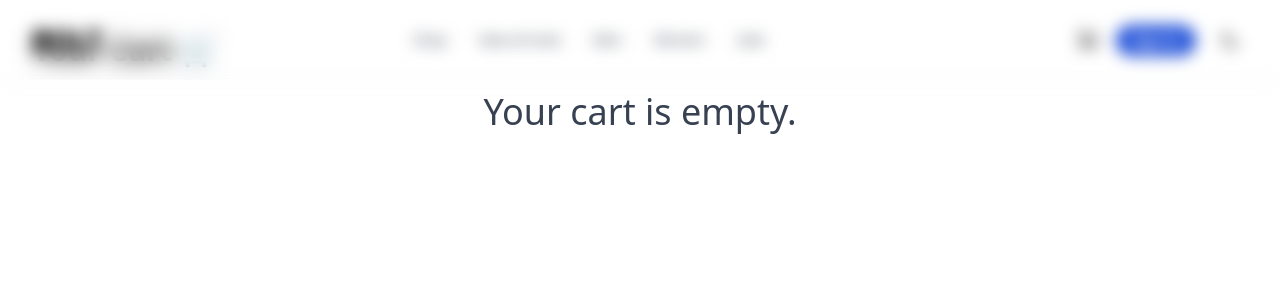
Repository: coder101-js/Ecommer-Store
Page: /Cart
An editor plug-in stored every save of this project. The page is shown before and after the next save, followed by the edit.
The browser window is 1280 px wide. The pictures show the whole page.
The project was rebuilt for these pictures with package versions that can differ from the ones it lists, and the page was loaded fresh each time. The framework's server and built-in components were replaced by stand-ins that run in the browser. Also part of the build but not shown: next.config.mjs.

Above is the page before, as saved 2025-07-19 20:24:59.

### app/layout.js
import "./globals.css";
import "./tailwind-out.css";
import { ThemeProvider } from "next-themes";
import { Geist, Geist_Mono } from "next/font/google";
import Navbar from "./components/Navbar";
import { CartProvider } from "./context/CartContext";
import { Toaster } from "react-hot-toast";

const geistSans = Geist({
  subsets: ["latin"],
  variable: "--font-geist-sans",
});

const geistMono = Geist_Mono({
  subsets: ["latin"],
  variable: "--font-geist-mono",
});

export const metadata = {
  title: "BoltForm",
  description: "Next-gen footwear built for speed ⚡",
  icons: {
    icon: ["/favicon.ico"],
    apple: "/apple-touch-icon.png",
  },
};

export default function RootLayout({ children }) {
  return (
    <html lang="en" suppressHydrationWarning>
      <body className={`${geistSans.variable} ${geistMono.variable}`}>
        <ThemeProvider attribute="class" defaultTheme="system" enableSystem>
          <CartProvider>
            <header className="max-h-screen overflow-hidden">
              <nav>
                <Navbar />
              </nav>
            </header>
            <main>
              <Toaster position="top-right" />
              {children}
            </main>
          </CartProvider>
        </ThemeProvider>
      </body>
    </html>
  );
}

### app/Cart/page.js
"use client";
import { useCart } from "./../context/CartContext";
import Image from "next/image";
export default function CartPage() {
  const { cart, removeFromCart, updateQuantity, clearCart } = useCart();

  const total = cart.reduce((acc, item) => acc + item.price * item.quantity, 0);

  const handleQuantityChange = (id, newQuantity) => {
    if (newQuantity >= 1) {
      updateQuantity(id, newQuantity);
    }
  };

  return (
    <div className="p-8">
      <h1 className="text-3xl font-bold mb-6">Your Cart 🛒</h1>

      {cart.length === 0 ? (
        <p className="text-gray-700 text-4xl block text-center w-full dark:text-white">
          Your cart is empty.
        </p>
      ) : (
        <>
          <div className="space-y-6">
            {cart.map((item) => (
              <div
                key={item.id}
                className="flex flex-col md:flex-row items-center justify-between border-b pb-4"
              >
                {/* Image & Title */}
                <div className="flex items-center gap-4 w-full md:w-1/2">
                  {item.images?.[0] && (
                    <Image
                      src={item.images[0]}
                      alt={item.title}
                      width={200}
                      height={200}
                      className="w-24 h-24 object-cover rounded-md border"
                    />
                  )}
                  <div>
                    <h2 className="text-lg font-semibold">{item.title}</h2>
                    <p className="text-sm text-gray-600 dark:text-white">
                      ${item.price.toFixed(2)}
                    </p>
                  </div>
                </div>

                <div className="flex items-center gap-2 mt-4 md:mt-0">
                  <button
                    onClick={() =>
                      handleQuantityChange(item.id, item.quantity - 1)
                    }
                    className="px-2 py-1 bg-gray-200 rounded hover:bg-gray-300 dark:bg-gray-700 dark:hover:bg-gray-600"
                    disabled={item.quantity <= 1}
                    aria-label={`Decrease quantity of ${item.title}`}
                  >
                    -
                  </button>
                  <input
                    type="number"
                    value={item.quantity ?? 1}
                    min={1}
                    className="w-16 text-center border rounded"
                    onChange={(e) =>
                      handleQuantityChange(item.id, Number(e.target.value))
                    }
                    aria-label={`Quantity of ${item.title}`}
                    onFocus={(e) => e.target.select()}
                  />
                  <button
                    onClick={() =>
                      handleQuantityChange(item.id, item.quantity + 1)
                    }
                    className="px-2 py-1 bg-gray-200 rounded hover:bg-gray-300 dark:bg-gray-700 dark:hover:bg-gray-600"
                    aria-label={`Increase quantity of ${item.title}`}
                  >
                    +
                  </button>
                  <button
                    onClick={() => removeFromCart(item.id)}
                    className="ml-2 text-red-500 hover:text-red-600"
                    aria-label={`Remove ${item.title} from cart`}
                  >
                    ✖
                  </button>
                </div>
              </div>
            ))}
          </div>

            <div className="mt-6 text-right space-y-2">
            <div className="text-xl font-bold">Total: ${total.toFixed(2)}</div>
            <div className="flex gap-3 justify-end">
              <button
                onClick={clearCart}
                className="px-5 py-2 bg-red-500 hover:bg-red-600 text-white rounded"
              >
                Clear Cart
              </button>
              <button
                onClick={() => {
                  alert("Redirecting to checkout...");
                }}
                className="px-5 py-2 bg-green-600 hover:bg-green-700 text-white rounded"
              >
                Proceed to Checkout
              </button>
            </div>
          </div>
        </>
      )}
    </div>
  );
}

### app/globals.css
@tailwind base;
@tailwind components;
@tailwind utilities;

.max-h-screen{
  max-height: 100vh;
}

### app/components/Navbar.jsx
"use client";

import Link from "next/link";
import { useState, useEffect } from "react";
import { useTheme } from "next-themes";
import { usePathname, useRouter } from "next/navigation";
import { useCart } from "./../context/CartContext";
import {
  SunIcon,
  MoonIcon,
  ShoppingCartIcon,
  Bars3Icon,
  XMarkIcon,
} from "@heroicons/react/24/outline";
import {
  motion,
  AnimatePresence,
  useScroll,
  useTransform,
} from "framer-motion";

export default function Navbar() {
  const { resolvedTheme, setTheme } = useTheme();
  const pathName = usePathname();
  const router = useRouter();

  const [mounted, setMounted] = useState(false);
  const [mobileOpen, setMobileOpen] = useState(false);
  const { cart } = useCart();
  const cartCount = cart.reduce((total, item) => total + item.quantity, 0);
  const [navLinks, setNavLinks] = useState([]);
  const [searchQuery, setSearchQuery] = useState("");

  const { scrollY } = useScroll();
  const height = useTransform(scrollY, [0, 80], ["80px", "60px"]);
  const fontSize = useTransform(scrollY, [0, 80], ["1.75rem", "1.5rem"]);

  useEffect(() => {
    setMounted(true);
    setNavLinks(["Shop", "New Arrivals", "Men", "Women", "Sale"]);
  }, []);

  const toggleTheme = () => {
    setTheme(resolvedTheme === "light" ? "dark" : "light");
  };

  const handleSearchSubmit = (e) => {
    e.preventDefault();
    if (searchQuery.trim()) {
      router.push(`/shop?search=${encodeURIComponent(searchQuery)}`);
    }
  };

  return (
    <>
      <motion.nav
        style={{ height }}
        className="fixed top-0 left-0 w-full z-50 blur border-b border-gray-200 dark:border-neutral-800 backdrop-blur transition-colors mb-4"
      >
        <div className="max-w-7xl mx-auto px-4 sm:px-6 lg:px-8 flex justify-between items-center h-full">
          {/* Logo */}
          <motion.div
            style={{ fontSize }}
            className="font-extrabold tracking-tight text-black dark:text-white select-none"
          >
            <Link href="/">BOLT</Link>
          </motion.div>

          {/* Desktop Nav */}
          <div className="hidden md:flex items-center space-x-8">
            {navLinks.map((link) => (
              <motion.div
                key={link}
                whileHover={{ scale: 1.1 }}
                className="text-sm font-medium text-gray-700 dark:text-gray-300 hover:text-black dark:hover:text-white transition"
              >
                <Link
                  href={
                    link === "Men"
                      ? "/shop?category=mens-shoes"
                      : link === "Women"
                      ? "/shop?category=womens-shoes"
                      : `/${link.toLowerCase().replace(/ /g, "-")}`
                  }
                >
                  {link}
                </Link>
              </motion.div>
            ))}
          </div>

          <div className="flex items-center space-x-4">
            <motion.div whileTap={{ scale: 0.9 }} className="relative">
              <Link href="/cart">
                <ShoppingCartIcon className="h-6 w-6 text-black dark:text-white" />
                {cartCount > 0 && (
                  <span className="absolute -top-2 -right-2 bg-red-600 text-white rounded-full text-xs w-5 h-5 flex items-center justify-center">
                    {cartCount}
                  </span>
                )}
              </Link>
            </motion.div>

            <motion.div whileHover={{ scale: 1.05 }}>
              <Link
                href="/auth"
                className="px-4 py-1.5 rounded-full text-sm font-semibold bg-blue-700 text-white hover:bg-blue-800 dark:bg-white dark:text-black dark:hover:bg-gray-100 transition"
              >
                Sign In
              </Link>
            </motion.div>

            {/* Theme Toggle */}
            {mounted && (
              <motion.button
                onClick={toggleTheme}
                className="p-2 rounded-full hover:bg-gray-100 dark:hover:bg-neutral-800 transition"
                aria-label="Toggle Theme"
                whileTap={{ rotate: 20 }}
              >
                {resolvedTheme === "light" ? (
                  <MoonIcon className="h-5 w-5 text-black" />
                ) : (
                  <SunIcon className="h-5 w-5 text-white" />
                )}
              </motion.button>
            )}

            {/* Mobile Menu Button */}
            <button
              onClick={() => setMobileOpen(!mobileOpen)}
              className="md:hidden p-2"
              aria-label="Toggle Menu"
            >
              {mobileOpen ? (
                <XMarkIcon className="h-6 w-6 text-black dark:text-white" />
              ) : (
                <Bars3Icon className="h-6 w-6 text-black dark:text-white" />
              )}
            </button>
          </div>
        </div>
      </motion.nav>

      {/* Mobile Menu Overlay */}
      <AnimatePresence>
        {mobileOpen && (
          <motion.div
            initial={{ opacity: 0 }}
            animate={{ opacity: 1 }}
            exit={{ opacity: 0 }}
            className="fixed inset-0 bg-white dark:bg-black z-40 flex flex-col items-center justify-center space-y-6"
          >
            {navLinks.map((link) => (
              <motion.div key={link} whileHover={{ scale: 1.1 }}>
                <Link
                  href={
                    link === "Men"
                      ? "/shop?category=mens-shoes"
                      : link === "Women"
                      ? "/shop?category=womens-shoes"
                      : `/${link.toLowerCase().replace(/ /g, "-")}`
                  }
                  className="text-2xl font-semibold text-gray-800 dark:text-gray-200"
                  onClick={() => setMobileOpen(false)}
                >
                  {link}
                </Link>
              </motion.div>
            ))}
            <motion.div whileTap={{ scale: 0.9 }}>
              <Link
                href="/auth"
                className="px-6 py-2 bg-black text-white rounded-full font-semibold"
                onClick={() => setMobileOpen(false)}
              >
                Sign In
              </Link>
            </motion.div>
          </motion.div>
        )}
      </AnimatePresence>
    </>
  );
}

### app/context/CartContext.js
"use client";
import { createContext, useContext, useState, useEffect } from "react";

const CartContext = createContext();

export const useCart = () => useContext(CartContext);

export const CartProvider = ({ children }) => {
  const [cart, setCart] = useState([]);

  useEffect(() => {
    const savedCart = JSON.parse(localStorage.getItem("cart"));
    if (savedCart) setCart(savedCart);
  }, []);

  useEffect(() => {
    localStorage.setItem("cart", JSON.stringify(cart));
  }, [cart]);

  const addToCart = (product) => {
    setCart((prev) => {
      const existing = prev.find((item) => item.id === product.id);
      if (existing) {
        return prev.map((item) =>
          item.id === product.id
            ? { ...item, quantity: item.quantity + 1 }
            : item
        );
      }
      return [...prev, { ...product, quantity: 1 }];
    });
  };

  const removeFromCart = (id) =>
    setCart((prev) => prev.filter((item) => item.id !== id));

  const updateQuantity = (id, quantity) =>
    setCart((prev) =>
      prev.map((item) =>
        item.id === id ? { ...item, quantity: quantity } : item
      )
    );

  const clearCart = () => setCart([]);

  return (
    <CartContext.Provider
      value={{ cart, addToCart, removeFromCart, updateQuantity, clearCart }}
    >
      {children}
    </CartContext.Provider>
  );
};

### tailwind.config.js
/** @type {import('tailwindcss').Config} */
module.exports = {
  darkMode: "class",
  content: [
    "./app/**/*.{js,ts,jsx,tsx}",
    "./pages/**/*.{js,ts,jsx,tsx}",
    "./components/**/*.{js,ts,jsx,tsx}",
  ],
  theme: {
    extend: {
      keyframes: {
        wavey: {
          "0%, 100%": { transform: "translateY(0) scale(1)" },
          "50%": { transform: "translateY(-20px) scale(1.05)" },
        },
        floatX: {
          "0%, 100%": { transform: "translateX(0) rotate(0deg)" },
          "50%": { transform: "translateX(20px) rotate(2deg)" },
        },
      },
      animation: {
        wavey: "wavey 6s ease-in-out infinite",
        floatX: "floatX 8s ease-in-out infinite",
      },
    },
  },
  plugins: [],
};

Loaded but not shown: app/tailwind-out.css (library)

After the next save:
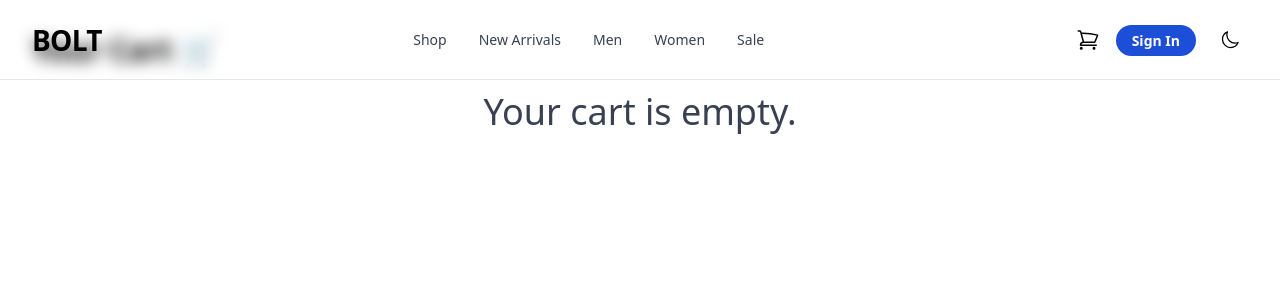
Saved 8 s later.
--- a/app/components/Navbar.jsx
+++ b/app/components/Navbar.jsx
@@ -55,7 +55,7 @@ export default function Navbar() {
     <>
       <motion.nav
         style={{ height }}
-        className="fixed top-0 left-0 w-full z-50 blur border-b border-gray-200 dark:border-neutral-800 backdrop-blur transition-colors mb-4"
+        className="fixed top-0 left-0 w-full z-50 backdrop border-b border-gray-200 dark:border-neutral-800 backdrop-blur transition-colors mb-4"
       >
         <div className="max-w-7xl mx-auto px-4 sm:px-6 lg:px-8 flex justify-between items-center h-full">
           {/* Logo */}
